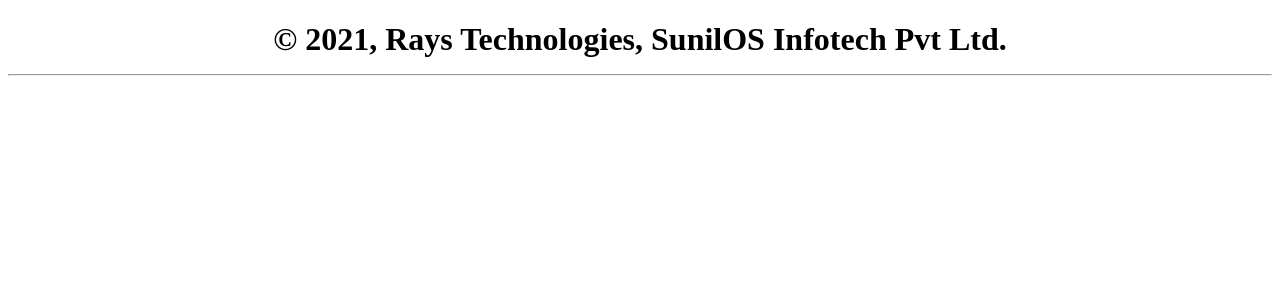
Repository: sachinmandloi1921/AdvanceJava
Page: http://localhost/Advance_Maven/footer.jsp
These files come from the project's save history. The page is drawn as it stood at one moment and after the next save; the edit follows.
The browser window is 1280 px wide. The pictures show the whole page.
The page is served by Tomcat 9. Other server files are loaded and not shown.

Above is the page before, as saved 2022-07-14 10:38:26.

### Advance Workspace/Advance_Maven/src/main/webapp/footer.jsp
<%@ page language="java" contentType="text/html; charset=ISO-8859-1"
    pageEncoding="ISO-8859-1"%>
<!DOCTYPE html>
<html>
<head>
<meta charset="ISO-8859-1">
<title>Insert title here</title>
</head>
<body>
<h1>
<center> © 2021, Rays Technologies,  SunilOS Infotech Pvt Ltd. </center>
<hr>
</h1>
</body>
</html>

After the next save:
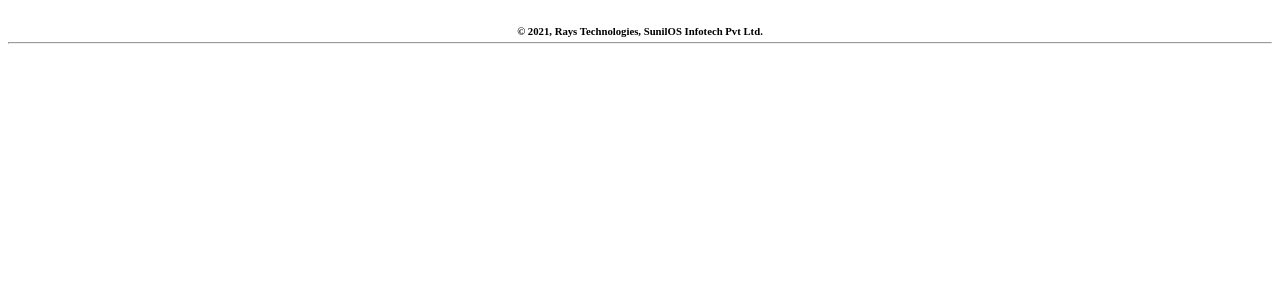
Saved 49 s later.
--- a/Advance Workspace/Advance_Maven/src/main/webapp/footer.jsp
+++ b/Advance Workspace/Advance_Maven/src/main/webapp/footer.jsp
@@ -7,9 +7,9 @@
 <title>Insert title here</title>
 </head>
 <body>
-<h1>
+<h6>
 <center> © 2021, Rays Technologies,  SunilOS Infotech Pvt Ltd. </center>
 <hr>
-</h1>
+</h6>
 </body>
 </html>
